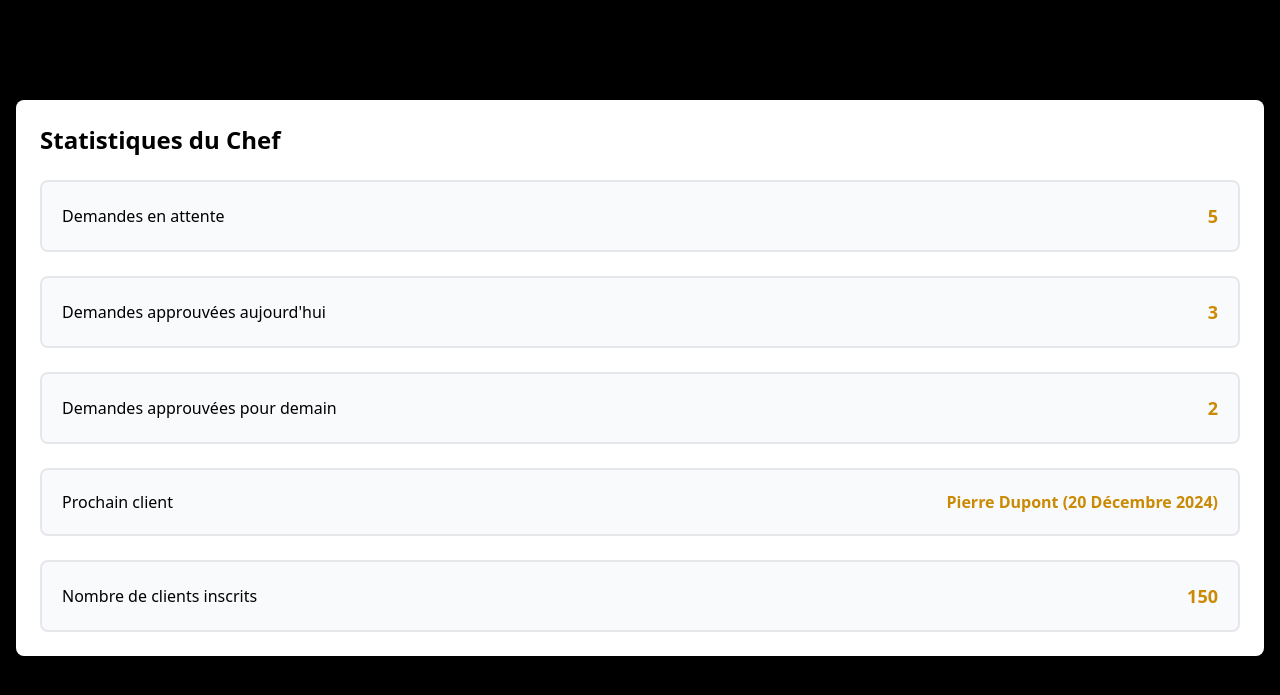
Repository: HamzaChehlaoui/Site-Web-pour-un-Chef-Cuisinier
Page: http://localhost/statistique.php
An editor plug-in stored every save of this project. The page is shown before and after a run of saves, followed by the edit.
The browser window is 1280 px wide. The pictures show the whole page.
Some web libraries are served in a nearby version. The page is run by PHP 8.4 with error messages shown; the project is at /var/www/html/.

Above is the page before, as saved 2024-12-18 12:55:41.

### statistique.php
<!DOCTYPE html>
<html lang="fr">

<head>
    <meta charset="UTF-8">
    <meta name="viewport" content="width=device-width, initial-scale=1.0">
    <title>Gestion des Réservations - Statistiques</title>
    <!-- Tailwind CSS CDN -->
    <script src="https://cdn.tailwindcss.com"></script>
    <style>
        /* Custom Slide-in animation */
        @keyframes slideIn {
            0% {
                transform: translateX(-100%);
                opacity: 0;
            }
            100% {
                transform: translateX(0);
                opacity: 1;
            }
        }

        /* Apply the animation to the cards */
        .slide-in {
            animation: slideIn 0.5s ease-out forwards;
        }
    </style>
</head>

<body class="bg-black text-white font-sans">

    <!-- Header -->
    <header class=" text-black py-4 text-center shadow-md">
        <h1 class="text-3xl font-extrabold tracking-wide txet-yellow-500">Gestion des Réservations</h1>
    </header>

    <!-- Main Content -->
    <main class="container mx-auto my-8 px-4">
        <div class="grid grid-cols-1 md:grid-cols-1 gap-8">

            <!-- Statistics Box -->
            <div class="bg-white shadow-lg rounded-lg p-6 slide-in">
                <h2 class="text-2xl font-semibold text-black mb-6">Statistiques du Chef</h2>
                <div class="space-y-6">

                    <!-- Pending Requests -->
                    <div class="flex justify-between items-center bg-gray-50 p-5 rounded-lg border-2 border-gray-200 hover:bg-yellow-50 transition">
                        <span class="text-black font-medium">Demandes en attente</span>
                        <span class="text-yellow-600 font-semibold text-lg">5</span>
                    </div>

                    <!-- Approved Today -->
                    <div class="flex justify-between items-center bg-gray-50 p-5 rounded-lg border-2 border-gray-200 hover:bg-yellow-50 transition">
                        <span class="text-black font-medium">Demandes approuvées aujourd'hui</span>
                        <span class="text-yellow-600 font-semibold text-lg">3</span>
                    </div>

                    <!-- Approved Tomorrow -->
                    <div class="flex justify-between items-center bg-gray-50 p-5 rounded-lg border-2 border-gray-200 hover:bg-yellow-50 transition">
                        <span class="text-black font-medium">Demandes approuvées pour demain</span>
                        <span class="text-yellow-600 font-semibold text-lg">2</span>
                    </div>

                    <!-- Next Client Details -->
                    <div class="flex justify-between items-center bg-gray-50 p-5 rounded-lg border-2 border-gray-200 hover:bg-yellow-50 transition">
                        <span class="text-black font-medium">Prochain client</span>
                        <span class="text-yellow-600 font-semibold">Pierre Dupont (20 Décembre 2024)</span>
                    </div>

                    <!-- Registered Clients -->
                    <div class="flex justify-between items-center bg-gray-50 p-5 rounded-lg border-2 border-gray-200 hover:bg-yellow-50 transition">
                        <span class="text-black font-medium">Nombre de clients inscrits</span>
                        <span class="text-yellow-600 font-semibold text-lg">150</span>
                    </div>
                </div>
            </div>

        </div>
    </main>

</body>

</html>

After the next 2 saves:
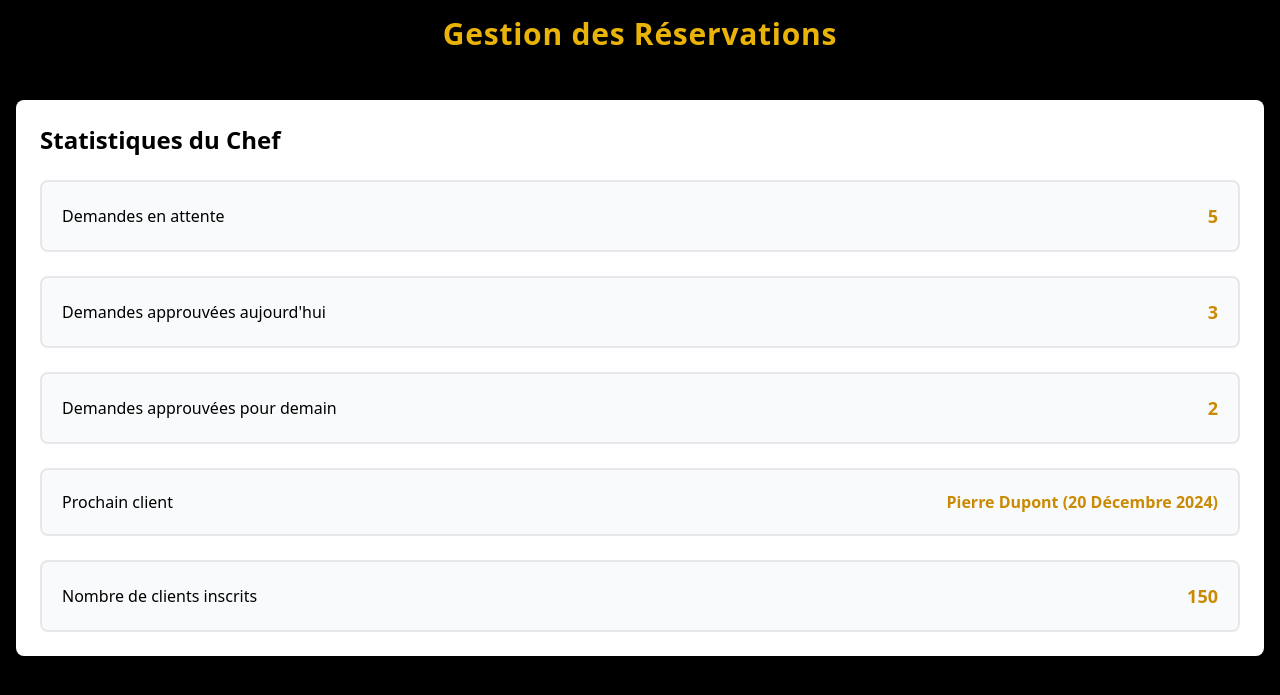
The 2 saves are shown as one change because they came seconds apart.
The last was saved 15 s later.
--- a/statistique.php
+++ b/statistique.php
@@ -31,7 +31,7 @@
 
     <!-- Header -->
     <header class=" text-black py-4 text-center shadow-md">
-        <h1 class="text-3xl font-extrabold tracking-wide txet-yellow-500">Gestion des Réservations</h1>
+        <h1 class="text-3xl font-extrabold tracking-wide text-yellow-500">Gestion des Réservations</h1>
     </header>
 
     <!-- Main Content -->
